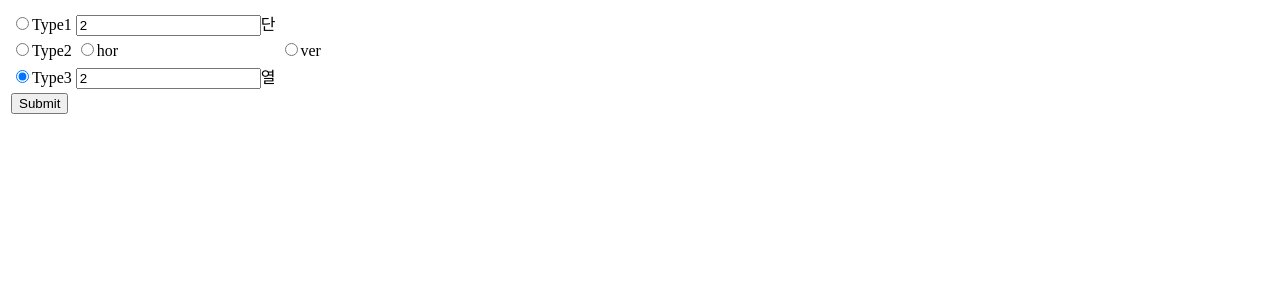
Repository: choikoya/JSP
Page: http://localhost/MissionJSP/gugudanForm.jsp
An editor plug-in stored every save of this project. The page is shown before and after the next save, followed by the edit.
The browser window is 1280 px wide. The pictures show the whole page.
The page is served by Tomcat 9.

Above is the page before, as saved 2024-06-13 08:11:13.

After the next save:
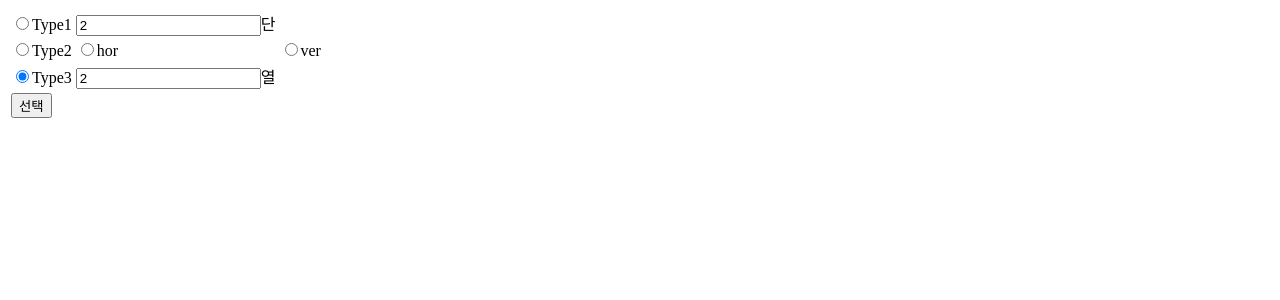
Saved 6 min 1 s later.
--- a/MissionJSP/src/main/webapp/gugudanForm.jsp
+++ b/MissionJSP/src/main/webapp/gugudanForm.jsp
@@ -24,7 +24,7 @@
 			<td><input type = "text" name="sel" value="2">열</td>
 		</tr>
 		<tr><td>
-			<input type="submit" name="선택" ></input>
+			<input type="submit" value="선택" ></input>
 		</td></tr>
 	</table>
 
